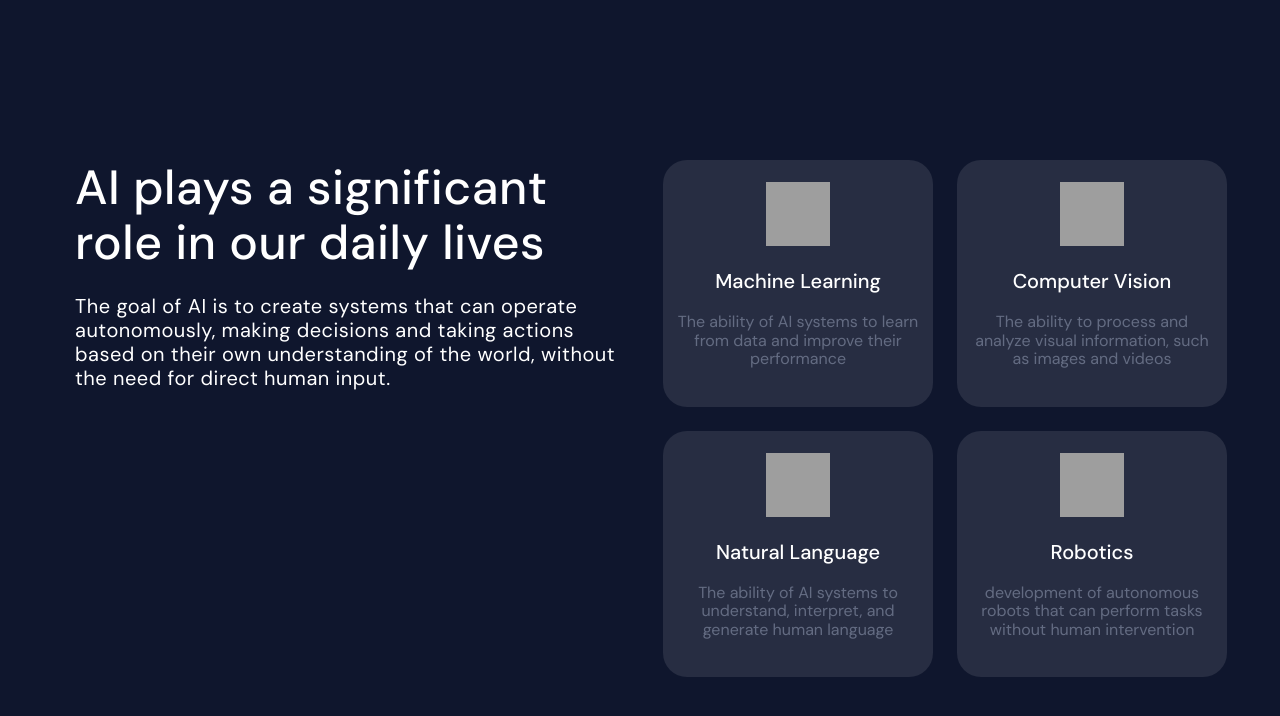
Repository: guli95/four-areas-of-AI-INVO-ACAdemy
Page: /
These files come from the project's save history. The page is drawn as it stood at one moment and after the next save; the edit follows.
The browser window is 1280 px wide. The pictures show the whole page.
Pictures or frames that could not be fetched are drawn as grey boxes. The project was rebuilt for these pictures with package versions that can differ from the ones it lists, and the page was loaded fresh each time.

Above is the page before, as saved 2023-03-13 15:21:33.

### index.html
<!DOCTYPE html>
<html lang="en">

<head>
  <meta charset="UTF-8" />
  <link rel="icon" type="image/svg+xml" href="/vite.svg" />
  <meta name="viewport" content="width=device-width, initial-scale=1.0" />
  <title>Four AI areas</title>
</head>

<!-- In order to start your challenge, remove all the content inside <div id="home-page"></div> and start coding :) -->

<body>
  <div id="home-page">
    <div class="flexbox-container">
      <div class="heading-wrapper">
        <h1 class="heading-title">AI plays a significant role in our daily lives</h1>
        <p class="heading-text">The goal of AI is to create systems that can operate autonomously, making decisions and taking actions based on their own understanding of the world, without the need for direct human input.</p>
      </div>
      <div class="card-container">
        <a href="" class="card-link">
        <div class="card">
          <img src="./public/images/card-icon1.png" alt="" class="card-img" role="presentation">
          <h3 class="card-title">Machine Learning</h3>
          <p class="card-text">The ability of AI systems to learn from data and improve their performance</p>
        </div>
        </a>
        <a href="" class="card-link">
        <div class="card">
          <img src="./public/images/card-icon2.png" alt="" class="card-img" role="presentation">
          <h3 class="card-title">Computer Vision</h3>
          <p class="card-text">The ability to process and analyze visual information, such as images and videos</p>
        </div>
        </a>
        <a href="" class="card-link">
        <div class="card">
          <img src="./public/images/card-icon3.png" alt="" class="card-img" role="presentation">
          <h3 class="card-title">Natural Language</h3>
          <p class="card-text">The ability of AI systems to understand, interpret, and generate human language</p>
        </div>
        </a>
        <a href="" class="card-link">
        <div class="card">
          <img src="./public/images/card-icon4.png" alt="" class="card-img" role="presentation">
          <h3 class="card-title">Robotics</h3>
          <p class="card-text">development of autonomous robots that can perform tasks without human intervention</p>
        </div>
        </a>
      </div>
    </div>
  </div>

  <script type="module" src="/src/global-scripts/main.js"></script>
</body>

</html>

### src/global-scripts/main.js
/// Main JavaScript File
/// Here we import all the global JavaScript files we need for our project.

import "../global-styles/style.scss";
import "../../src/pages/home-page/styles/home-page.scss";

### src/global-styles/style.scss
/// Main Styles File
/// Here we import all the global Styles files we need for our project.

@import "styles/normalize.scss";
@import "styles/root.scss";
@import "styles/fonts.scss";

body {
  font-family: 'DS sans', sans-serif;
  color: var(--color-primary);
}

p {
  color: var(--color-on-surface);
}

### src/pages/home-page/styles/home-page.scss
/// Homepage Styles File
/// Here we import all the Styles files we need for our Homepage.
@import '../../../global-styles/styles/_root.scss';

#home-page{
    color: var(--color-white);
    font-family: 'DM Sans',sans-serif;
    height: 100%;

 .flexbox-container{
    max-width: 1440px;
    padding: 0 20px;
    display: flex;
    justify-content: center;
    margin: 160px auto 0 auto;
    @media screen and (max-width:1024px) {
        flex-direction:column;
        align-items: center;
        gap:24px;
    }
    @media screen and (max-width:480px) {
        padding: 48px 16px;
    }
    .heading-wrapper{
        font-family: "DM Sans", sans-serif;
        text-align: left ;
        letter-spacing: 0.5px;
        vertical-align: top;
        max-width: 560px;
        padding-left: 50px;
        @media screen and (max-width:1024px) {
            width: 100%;
            padding: 0 16px;
        }
        .heading-title{
            font-size: var(--text-xl);
            font-weight: 500;
            line-height: 115%;
            margin: 0 0 24px 0;
            @media screen and (max-width:1024px) {
                margin-bottom: 16px;
            }
            @media screen and (max-width:1024px) {
                font-size: var(--text-l);
            }
        }
        .heading-text{
            font-size: var(--text-m);
            line-height: 24px;
            font-weight: 300;

        }
        @media screen and (max-width:480px) {
            font-size: var(--text-s);
        }
    }
    .card-container{
        display: flex;
        justify-content: center;
        flex-wrap: wrap;
        gap: 24px;
        max-width: 620px;
        @media screen and (max-width:1024px) {
            width: 100%;
            gap:16px;
        }
        .card-link{
            display: flex;
            color: var(--color-white);
            text-decoration: none;
            flex-direction: column;
            justify-content: space-around;
            align-items: center;
            width: 250px;
            padding: 22px 10px;
            background-color:var(--color-secondary-grey);
            text-align: center;
            border-radius: var(--rounding-big);
            transition: .2s;
            &:hover{
                background-color: lighten($color: #272D42, $amount: 10) ;
            }
            @media screen and (max-width:480px) {
                width: 100%;
            }
            .card-img{
                width: 64px;
                height: 64px;
                @media screen and (max-width:1024px) {
                    width: 56px;
                    height: 56px;
                }
            }
            .card-title{
                font-size: var(--text-m);
                font-weight: 500;
            }
            .card-text{
                font-size: var(--text-s);
                mix-blend-mode:soft-light;
                @media screen and (max-width:1024px) {
                    font-size: var(--text-xs);
                }
            }
        }

    }
}

}

### src/global-styles/styles/normalize.scss
/*! normalize.css v8.0.1 | MIT License | github.com/necolas/normalize.css */

/* Document
   ========================================================================== */

/**
 * 1. Correct the line height in all browsers.
 * 2. Prevent adjustments of font size after orientation changes in iOS.
 */

html {
  line-height: 1.15; /* 1 */
  -webkit-text-size-adjust: 100%; /* 2 */
  background-color: var(--color-primary-dark-blue);
}

/* Sections
   ========================================================================== */

/**
 * Remove the margin in all browsers.
 */

body {
  margin: 0;
}

/**
 * Render the `main` element consistently in IE.
 */

main {
  display: block;
}

/**
 * Correct the font size and margin on `h1` elements within `section` and
 * `article` contexts in Chrome, Firefox, and Safari.
 */

h1 {
  font-size: 2em;
  margin: 0.67em 0;
}

/* Grouping content
   ========================================================================== */

/**
 * 1. Add the correct box sizing in Firefox.
 * 2. Show the overflow in Edge and IE.
 */

hr {
  box-sizing: content-box; /* 1 */
  height: 0; /* 1 */
  overflow: visible; /* 2 */
}

/**
 * 1. Correct the inheritance and scaling of font size in all browsers.
 * 2. Correct the odd `em` font sizing in all browsers.
 */

pre {
  font-family: monospace, monospace; /* 1 */
  font-size: 1em; /* 2 */
}

/* Text-level semantics
   ========================================================================== */

/**
 * Remove the gray background on active links in IE 10.
 */

a {
  background-color: transparent;
}

/**
 * 1. Remove the bottom border in Chrome 57-
 * 2. Add the correct text decoration in Chrome, Edge, IE, Opera, and Safari.
 */

abbr[title] {
  border-bottom: none; /* 1 */
  text-decoration: underline; /* 2 */
  text-decoration: underline dotted; /* 2 */
}

/**
 * Add the correct font weight in Chrome, Edge, and Safari.
 */

b,
strong {
  font-weight: bolder;
}

/**
 * 1. Correct the inheritance and scaling of font size in all browsers.
 * 2. Correct the odd `em` font sizing in all browsers.
 */

code,
kbd,
samp {
  font-family: monospace, monospace; /* 1 */
  font-size: 1em; /* 2 */
}

/**
 * Add the correct font size in all browsers.
 */

small {
  font-size: 80%;
}

/**
 * Prevent `sub` and `sup` elements from affecting the line height in
 * all browsers.
 */

sub,
sup {
  font-size: 75%;
  line-height: 0;
  position: relative;
  vertical-align: baseline;
}

sub {
  bottom: -0.25em;
}

sup {
  top: -0.5em;
}

/* Embedded content
   ========================================================================== */

/**
 * Remove the border on images inside links in IE 10.
 */

img {
  border-style: none;
}

/* Forms
   ========================================================================== */

/**
 * 1. Change the font styles in all browsers.
 * 2. Remove the margin in Firefox and Safari.
 */

button,
input,
optgroup,
select,
textarea {
  font-family: inherit; /* 1 */
  font-size: 100%; /* 1 */
  line-height: 1.15; /* 1 */
  margin: 0; /* 2 */
}

/**
 * Show the overflow in IE.
 * 1. Show the overflow in Edge.
 */

button,
input { /* 1 */
  overflow: visible;
}

/**
 * Remove the inheritance of text transform in Edge, Firefox, and IE.
 * 1. Remove the inheritance of text transform in Firefox.
 */

button,
select { /* 1 */
  text-transform: none;
}

/**
 * Correct the inability to style clickable types in iOS and Safari.
 */

button,
[type="button"],
[type="reset"],
[type="submit"] {
  -webkit-appearance: button;
}

/**
 * Remove the inner border and padding in Firefox.
 */

button::-moz-focus-inner,
[type="button"]::-moz-focus-inner,
[type="reset"]::-moz-focus-inner,
[type="submit"]::-moz-focus-inner {
  border-style: none;
  padding: 0;
}

/**
 * Restore the focus styles unset by the previous rule.
 */

button:-moz-focusring,
[type="button"]:-moz-focusring,
[type="reset"]:-moz-focusring,
[type="submit"]:-moz-focusring {
  outline: 1px dotted ButtonText;
}

/**
 * Correct the padding in Firefox.
 */

fieldset {
  padding: 0.35em 0.75em 0.625em;
}

/**
 * 1. Correct the text wrapping in Edge and IE.
 * 2. Correct the color inheritance from `fieldset` elements in IE.
 * 3. Remove the padding so developers are not caught out when they zero out
 *    `fieldset` elements in all browsers.
 */

legend {
  box-sizing: border-box; /* 1 */
  color: inherit; /* 2 */
  display: table; /* 1 */
  max-width: 100%; /* 1 */
  padding: 0; /* 3 */
  white-space: normal; /* 1 */
}

/**
 * Add the correct vertical alignment in Chrome, Firefox, and Opera.
 */

progress {
  vertical-align: baseline;
}

/**
 * Remove the default vertical scrollbar in IE 10+.
 */

textarea {
  overflow: auto;
}

/**
 * 1. Add the correct box sizing in IE 10.
 * 2. Remove the padding in IE 10.
 */

[type="checkbox"],
[type="radio"] {
  box-sizing: border-box; /* 1 */
  padding: 0; /* 2 */
}

/**
 * Correct the cursor style of increment and decrement buttons in Chrome.
 */

[type="number"]::-webkit-inner-spin-button,
[type="number"]::-webkit-outer-spin-button {
  height: auto;
}

/**
 * 1. Correct the odd appearance in Chrome and Safari.
 * 2. Correct the outline style in Safari.
 */

[type="search"] {
  -webkit-appearance: textfield; /* 1 */
  outline-offset: -2px; /* 2 */
}

/**
 * Remove the inner padding in Chrome and Safari on macOS.
 */

[type="search"]::-webkit-search-decoration {
  -webkit-appearance: none;
}

/**
 * 1. Correct the inability to style clickable types in iOS and Safari.
 * 2. Change font properties to `inherit` in Safari.
 */

::-webkit-file-upload-button {
  -webkit-appearance: button; /* 1 */
  font: inherit; /* 2 */
}

/* Interactive
   ========================================================================== */

/*
 * Add the correct display in Edge, IE 10+, and Firefox.
 */

details {
  display: block;
}

/*
 * Add the correct display in all browsers.
 */

summary {
  display: list-item;
}

/* Misc
   ========================================================================== */

/**
 * Add the correct display in IE 10+.
 */

template {
  display: none;
}

/**
 * Add the correct display in IE 10.
 */

[hidden] {
  display: none;
}

### src/global-styles/styles/root.scss
/// Root Styles file
/// Here we define all the root variables we need for our project.
/// For examples see Material Design color system: https://m2.material.io/design/color/the-color-system.html

:root {
    $--color-primary-dark-blue: #0F162D !global;
    --color-primary-pink: #CA59FF;
    --color-primary-purple: #6C7CFF;
    --color-primary-green: #2AFFFF;
    --color-primary-yellow: #FFF629;
    --color-white: #FFFFFF;
    --color-black: #000;
    --color-secondary-grey:#272D42;

}

### src/global-styles/styles/fonts.scss
/// Main Fonts File
/// Here we import all the fonts files we need for our project.

@import url('https://fonts.googleapis.com/css2?family=Roboto:ital,wght@0,100;0,300;0,400;0,500;0,700;0,900;1,100;1,300;1,400;1,500;1,700;1,900&display=swap');
@import url('https://fonts.googleapis.com/css2?family=DM+Sans:wght@400;500&display=swap');

### src/global-styles/styles/_root.scss
/// Root Styles file
/// Here we define all the root variables we need for our project.
/// For examples see Material Design color system: https://m2.material.io/design/color/the-color-system.html

:root {
    //colors
    --color-primary-dark-blue: #0F162D ;
    --color-primary-pink: #CA59FF;
    --color-primary-purple: #6C7CFF;
    --color-primary-green: #2AFFFF;
    --color-primary-yellow: #FFF629;
    --color-white: #FFFFFF;
    --color-black: #000;
    --color-secondary-grey:#272D42;

    //font-size
    --text-xl:48px;
    --text-l:32px;
    --text-m:20px;
    --text-s:16px;
    --text-xs:14px;

    //rounding
    --rounding-big:24px;
    --rounding-small:16px;
}

After the next save:
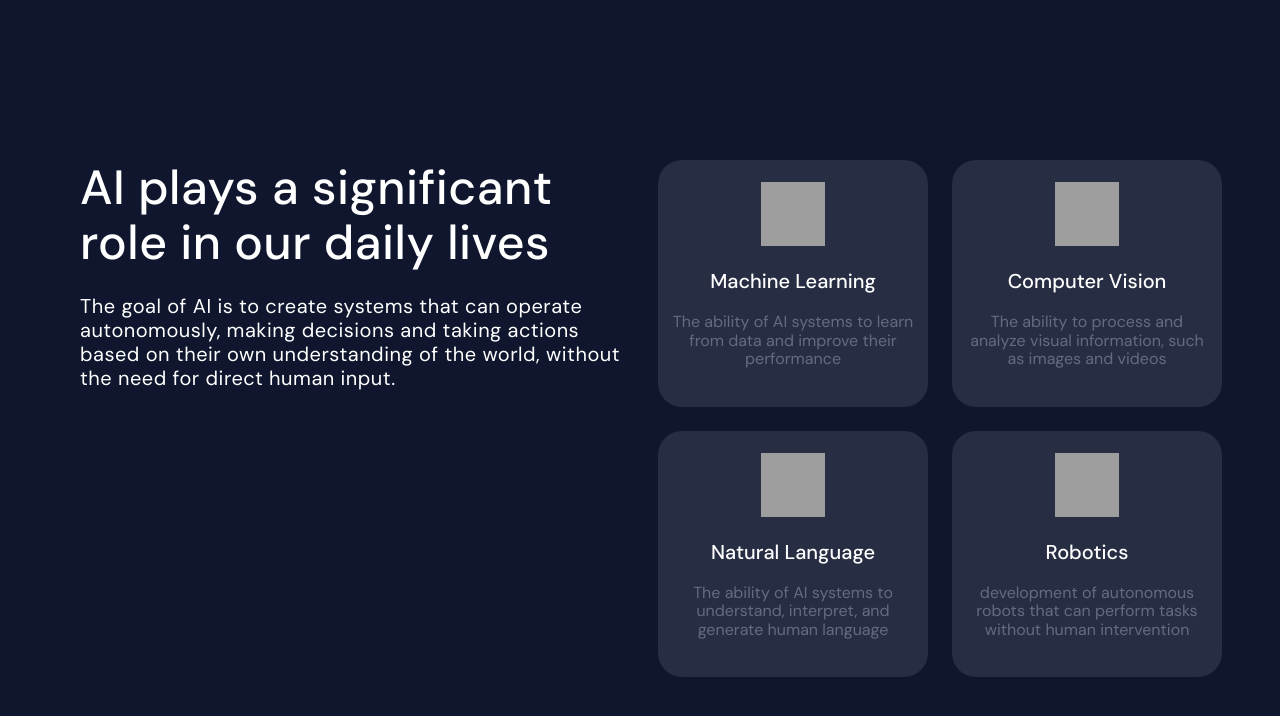
Saved 19 s later.
--- a/src/pages/home-page/styles/home-page.scss
+++ b/src/pages/home-page/styles/home-page.scss
@@ -26,7 +26,7 @@
         text-align: left ;
         letter-spacing: 0.5px;
         vertical-align: top;
-        max-width: 560px;
+        max-width: 550px;
         padding-left: 50px;
         @media screen and (max-width:1024px) {
             width: 100%;
